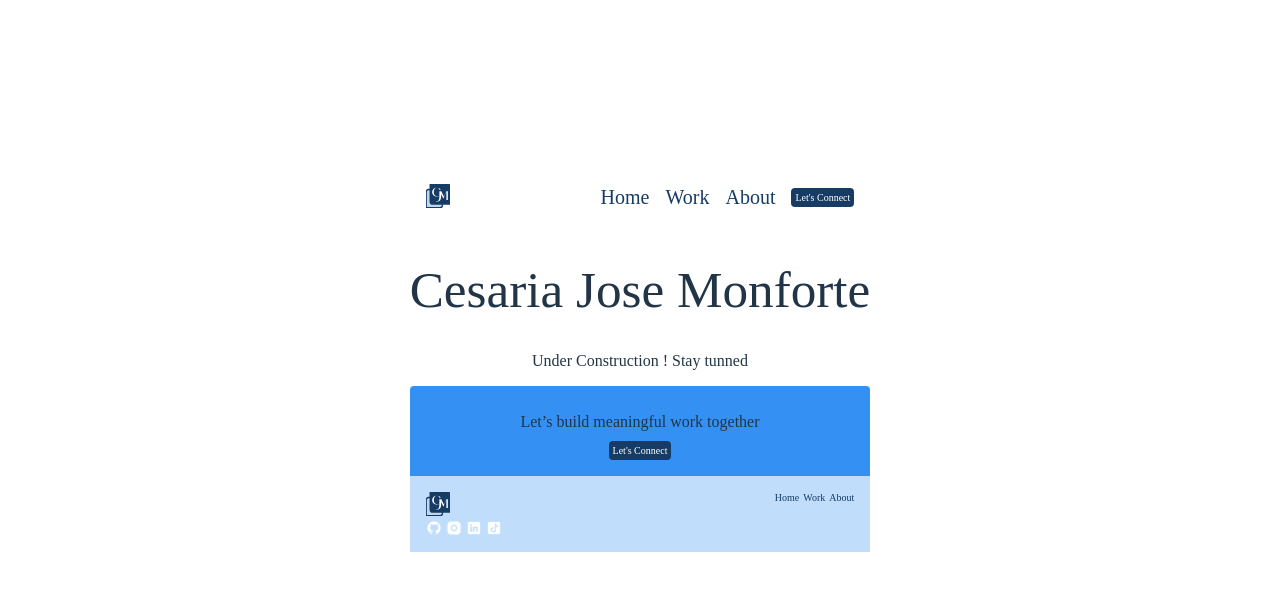
Repository: CesariaMonforte/cesariamonforte
Page: /
These files come from the project's save history. The page is drawn as it stood at one moment and after the next save; the edit follows.
The browser window is 1280 px wide. The pictures show the whole page.
The project was rebuilt for these pictures with package versions that can differ from the ones it lists, and the page was loaded fresh each time. Also part of the build but not shown: vite.config.js.

Above is the page before, as saved 2026-01-25 14:28:54.

### index.html
<!doctype html>
<html lang="en">
  <head>
    <meta charset="UTF-8" />
    <link rel="icon" type="image/svg+xml" href="/Logo.svg" />
    <meta name="viewport" content="width=device-width, initial-scale=1.0" />
    <title>cesariamonforte</title>
  </head>
  <body>
    <div id="root"></div>
    <script type="module" src="/src/main.jsx"></script>
  </body>
</html>

### src/index.css
* {
    font: var(--font-family);
}
a {
    font-weight: 500;
    color: #163c66;
    text-decoration: inherit;
}
a:hover {
    color: #535bf2;
}

body {
    margin: 0;
    display: flex;
    place-items: center;
    min-width: 320px;
    min-height: 100vh;
}

h1 {
    font-size: 3.2em;
    line-height: 1.1;
}

button {
    border-radius: 8px;
    border: 1px solid transparent;
    padding: 0.6em 1.2em;
    font-size: 1em;
    font-weight: 500;
    font-family: inherit;
    background-color: #1a1a1a;
    cursor: pointer;
    transition: border-color 0.25s;
}
button:hover {
    border-color: #646cff;
}
button:focus,
button:focus-visible {
    outline: 4px auto -webkit-focus-ring-color;
}

@media (prefers-color-scheme: light) {
    :root {
        color: #213547;
        background-color: #ffffff;
    }
    a:hover {
        color: #747bff;
    }
    button {
        background-color: #f9f9f9;
    }
}

/* ------------------------------------------------------ VARIABLES ------------------------------------------------------ */
:root {
    /* ----- COLORS ----- */
    --primary-50: #ebf4fe;
    --primary-100: #c0ddfb;
    --primary-200: #a2ccf9;
    --primary-300: #78b5f7;
    --primary-400: #5da6f5;
    --primary-500: #3590f3;
    --primary-600: #3083dd;
    --primary-700: #2666ad;
    --primary-800: #1d4f86;
    --primary-900: #163c66;

    --secondary-500: #aadc66;
    --secondary-100: #e5f4d0;
    --secondary-700: #799c48;
    /* -- neutral colors -- */

    --bege-500: #fdf7eb;
    --white: #ffffff;
    --black-500: #060606;
    --black-400: #383838;
    --black-300: #585858;
    --black-200: #8c8c8c;
    --black-100: #b2b2b2;
    --black-50: #e6e6e6;

    /* -- warn colors -- */

    --yellow-500: #ffbf00;
    --orange-500: #ff6600;
    --red-500: #ff2f3d;

    /* ----- TYPE ----- */
    --font-family: "Bricolage Grotesque", sans-serif;

    --font-size-extra-large: 88px;
    --font-size-large: 30px;
    --font-size-extra-medium: 24px;
    --font-size-medium: 20px;
    --font-size-regular: 16px;
    --font-size-small: 12px;
    --font-size-extra-small: 10px;

    --font-style-normal: normal;
    --font-weight-bold: bold;

    --line-height-xxlarge: 100px;
    --line-height-large: 36px;
    --line-height-medium: 28px;
    --line-height-small: 20px;

    /* ----- SPACING ----- */
    --space-extra-small: 4px;
    --space-small: 8px;
    --space-regular: 16px;
    --space-medium: 32px;
    --space-large: 48px;
    --space-extra-large: 140px;
}

### src/App.jsx
import { useState } from "react";
import "./App.css";

import NavBar from "./_ui/NavBar/NavBar";
import Footer from "./_ui/Footer/Footer";
import ConnectBanner from "./_ui/ConnectBanner/ConnectBanner";

import RegButton from "./_ui/RegButton/RegButton";

function App() {
    function handleConnect() {}

    return (
        <div>
            <NavBar />

            <div>
                <h1>Cesaria Jose Monforte</h1>
                <p>Under Construction ! Stay tunned</p>
            </div>

            <ConnectBanner />
            <Footer />
        </div>
    );
}

export default App;

### src/_ui/NavBar/NavBar.jsx
import styles from "./NavBar.module.css";

import RegButton from "../RegButton/RegButton";

function NavBar({}) {
    return (
        <div className={styles.navbar}>
            <div>
                <img
                    src='/Logo.svg'
                    alt='logo'
                    className={styles.logo}
                />
            </div>

            <div className={styles.navLinks}>
                <a href='/'>Home</a>
                <a href='/'>Work</a>
                <a href='/'>About</a>
                <RegButton button_text={"Let's Connect"} />
            </div>
        </div>
    );
}
export default NavBar;

### src/_ui/Footer/Footer.jsx
import styles from "./Footer.module.css";

function Footer({}) {
    return (
        <div className={styles.footer_container}>
            <div className={styles.container_logo_connection}>
                <img
                    src='/Logo.svg'
                    alt='logo'
                    className={styles.logo}
                />
                <div className={styles.connection_links}>
                    <img
                        src='/GitHub.svg'
                        alt='logo'
                        className={styles.connection}
                    />
                    <img
                        src='/Instagram.svg'
                        alt='logo'
                        className={styles.connection}
                    />
                    <img
                        src='/LinkedIn.svg'
                        alt='logo'
                        className={styles.connection}
                    />
                    <img
                        src='/TikTok.svg'
                        alt='logo'
                        className={styles.connection}
                    />
                </div>
            </div>

            <div className={styles.navLinks}>
                <a href='/'>Home</a>
                <a href='/'>Work</a>
                <a href='/'>About</a>
            </div>
        </div>
    );
}
export default Footer;

### src/_ui/ConnectBanner/ConnectBanner.jsx
import styles from "./ConnectBanner.module.css";

import RegButton from "../RegButton/RegButton";

function ConnectBanner() {
    return (
        <div className={styles.banner_container}>
            <h1 className={styles.banner_text}>
                Let’s build meaningful work together
            </h1>
            <RegButton button_text="Let's Connect" />
        </div>
    );
}

export default ConnectBanner;

### src/_ui/RegButton/RegButton.jsx
import styles from "./RegButton.module.css";

function RegButton({ button_text, onclick }) {
    return (
        <>
            <div
                onClick={onclick}
                className={styles.button_reg}>
                {button_text}
            </div>
        </>
    );
}

export default RegButton;

### src/_ui/NavBar/NavBar.module.css
/* Extra small devices  */
@media (min-width: 200px) {
    .navbar {
        display: flex;
        flex-direction: row;
        justify-content: space-between;
        align-items: center;
        padding: 1rem;
        background-color: var(--white);
    }
    .navLinks {
        display: flex;
        flex-direction: row;
        justify-content: space-between;
        align-items: center;
        color: var(--primary-900);
        gap: 1rem;
        font-size: var(--font-size-extra-small);
    }
    .logo {
        width: 24px;
        height: auto;
    }
}

/* Regular iphone and tablet */

@media (min-width: 600px) {
    .navbar {
        display: flex;
        flex-direction: row;
        justify-content: space-between;
        align-items: center;
        padding: 1rem;
        background-color: var(--white);
    }
    .navLinks {
        display: flex;
        flex-direction: row;
        justify-content: space-between;
        align-items: center;
        color: var(--primary-900);
        gap: 1rem;
        font-size: var(--font-size-small);
    }
    .logo {
        width: 24px;
        height: auto;
    }
}

/* Laptops Desktop Devices */
@media (min-width: 900px) {
    .navbar {
        display: flex;
        flex-direction: row;
        justify-content: space-between;
        align-items: center;
        padding: 1rem;
        background-color: var(--white);
    }
    .navLinks {
        display: flex;
        flex-direction: row;
        justify-content: space-between;
        align-items: center;
        color: var(--primary-900);
        gap: 1rem;
        font-size: var(--font-size-medium);
    }
    .logo {
        width: 24px;
        height: auto;
    }
}

/* Extra large Desktop Devices */
@media (min-width: 1300) {
    .navbar {
        display: flex;
        flex-direction: row;
        justify-content: space-between;
        align-items: center;
        padding: 1rem;
        background-color: var(--white);
    }
    .navLinks {
        display: flex;
        flex-direction: row;
        justify-content: space-between;
        align-items: center;
        color: var(--primary-900);
        gap: 1rem;
        font-size: var(--font-size-medium);
    }
    .logo {
        width: 24px;
        height: auto;
    }
}

### src/_ui/Footer/Footer.module.css
/* Extra small devices  */
@media (min-width: 200px) {
    .footer_container {
        display: flex;
        flex-direction: row;

        align-items: flex-start;
        justify-content: space-between;
        padding: 1rem;
        background-color: var(--primary-100);
    }
    .navLinks {
        display: flex;
        flex-direction: row;
        gap: var(--space-extra-small);
        align-items: flex-end;
        color: var(--primary-900);
        font-size: var(--font-size-extra-small);
    }
    .logo {
        width: 24px;
        height: auto;
    }

    .container_logo_connection {
        display: flex;
        flex-direction: column;
        align-items: flex-start;
        gap: var(--space-extra-small);
    }

    .connection_links {
        display: flex;
        flex-direction: row;
        gap: var(--space-extra-small);
    }
    .connection {
        width: 16px;
        height: auto;
    }
}

/* Regular iphone and tablet */

@media (min-width: 600px) {
    .footer_container {
        display: flex;
        flex-direction: row;
        justify-content: space-between;
        align-items: flex-start;
        padding: 1rem;
        background-color: var(--primary-100);
    }
    .navLinks {
        display: flex;
        flex-direction: row;
        gap: var(--space-extra-small);
        align-items: flex-end;
        color: var(--primary-900);
        font-size: var(--font-size-extra-small);
    }
    .logo {
        width: 24px;
        height: auto;
    }

    .container_logo_connection {
        display: flex;
        flex-direction: column;
        align-items: flex-start;
        gap: var(--space-extra-small);
    }

    .connection_links {
        display: flex;
        flex-direction: row;
        gap: var(--space-extra-small);
    }
    .connection {
        width: 16px;
        height: auto;
    }
}

/* Laptops Desktop Devices */
@media (min-width: 900px) {
    .footer_container {
        display: flex;
        justify-content: space-between;
        flex-direction: row;
        align-items: flex-start;
        padding: 1rem;
        background-color: var(--primary-100);
    }
    .navLinks {
        display: flex;
        flex-direction: row;
        gap: var(--space-extra-small);
        align-items: flex-end;
        color: var(--primary-900);
        font-size: var(--font-size-extra-small);
    }
    .logo {
        width: 24px;
        height: auto;
    }

    .container_logo_connection {
        display: flex;
        flex-direction: column;
        align-items: flex-start;
        gap: var(--space-extra-small);
    }

    .connection_links {
        display: flex;
        flex-direction: row;
        gap: var(--space-extra-small);
    }
    .connection {
        width: 16px;
        height: auto;
    }
}

/* Extra large Desktop Devices */
@media (min-width: 1300) {
    .navbar {
        display: flex;
        flex-direction: row;
        justify-content: space-between;
        align-items: center;
        padding: 1rem;
        background-color: var(--white);
    }
    .navLinks {
        display: flex;
        flex-direction: row;
        justify-content: space-between;
        align-items: center;
        color: var(--primary-900);
        gap: 1rem;
        font-size: var(--font-size-medium);
    }
    .logo {
        width: 24px;
        height: auto;
    }
}

### src/_ui/ConnectBanner/ConnectBanner.module.css
.banner_container {
    display: flex;
    flex-direction: column;
    align-items: center;
    background-color: var(--primary-500);
    padding: var(--space-regular);
    border-top-right-radius: var(--space-extra-small);
    border-top-left-radius: var(--space-extra-small);
}

.banner_text {
    font-size: var(--font-size-regular);
    color: var(--back);
    text-align: center;
}

### src/_ui/RegButton/RegButton.module.css
.button_reg {
    background-color: var(--primary-900);
    border-radius: var(--space-extra-small);
    color: var(--white);
    font-size: var(--font-size-extra-small);
    padding: var(--space-extra-small);
    width: fit-content;
    height: auto;
}

.button_reg:hover {
    background-color: var(--white);
    border-radius: var(--space-extra-small);
    color: var(--primary-900);
    font-size: var(--font-size-extra-small);
    padding: var(--space-extra-small);
    width: fit-content;
    height: auto;
    border: 1px solid var(--primary-900);
}

Loaded but not shown: src/main.jsx (common file); src/App.css (common file)

After the next save:
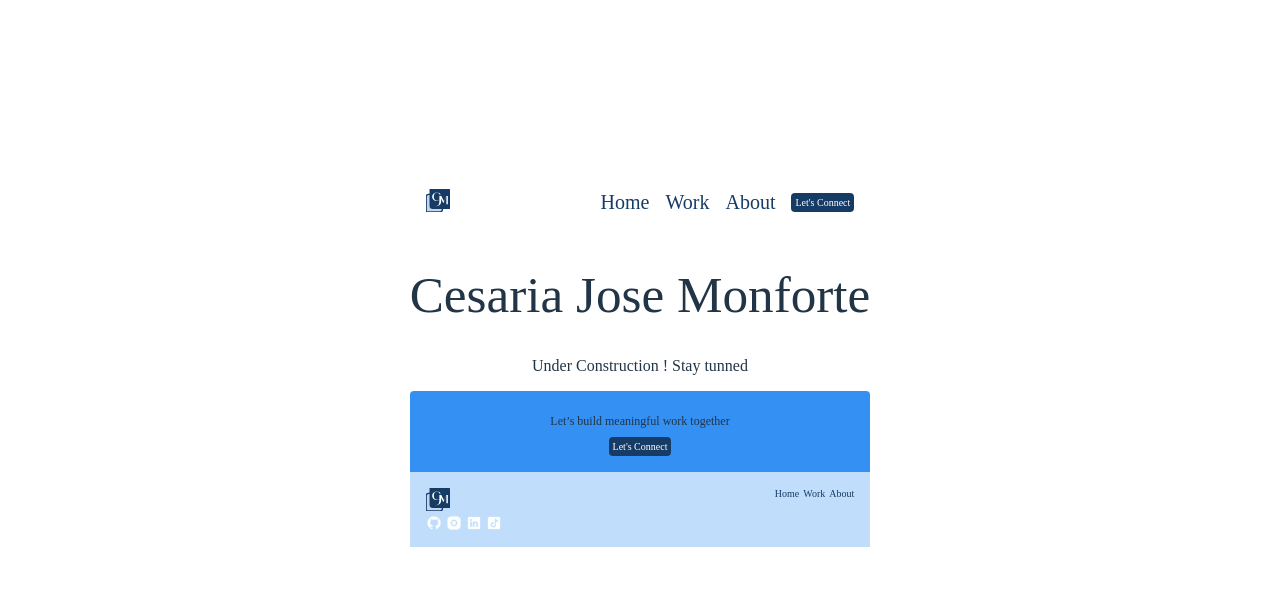
Saved 6 s later.
--- a/src/_ui/ConnectBanner/ConnectBanner.module.css
+++ b/src/_ui/ConnectBanner/ConnectBanner.module.css
@@ -9,7 +9,7 @@
 }
 
 .banner_text {
-    font-size: var(--font-size-regular);
+    font-size: var(--font-size-small);
     color: var(--back);
     text-align: center;
 }
